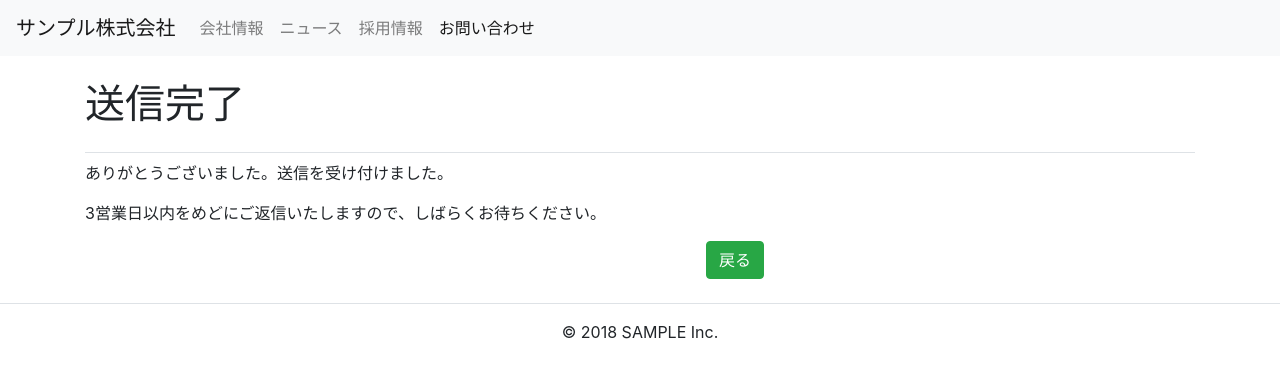
Repository: ichiro-fujii/kadai-commit
Page: lesson-htmlcss/complete.html
The author's editor kept a record of every edit. The page is drawn from the files as they stood at one moment, then again after the next edit.
The browser window is 1280 px wide. The pictures show the whole page.
Some web libraries are served in a nearby version.

Above is the page before.

### lesson-htmlcss/complete.html
<!DOCTYPE html>
<html lang="ja">
    <head>
        <!-- Required meta tags -->
        <meta charset="utf-8">
        <meta name="viewport" content="width=device-width, initial-scale=1, shrink-to-fit=no">

        <!-- Bootstrap CSS -->
        <link rel="stylesheet" href="https://stackpath.bootstrapcdn.com/bootstrap/4.2.1/css/bootstrap.min.css">

        <title>送信完了 | サンプル株式会社</title>
    </head>
    <body>
        <header>
        <nav class="navbar navbar-expand-md navbar-light bg-light">
            <!--ホームへ戻るリンク。ブランドロゴなどを置く。-->
            <a href="#" class="navbar-brand">サンプル株式会社</a>
            <!--横幅が狭い時に出るハンガーボタン-->
            <button type="button" class="navbar-toggler" data-toggle="collapse" data-target="#nav-bar">
                <span class="navbar-toggler-icon"></span>
            </button>
            <!--メニュー項目-->
            <div class="collapse navbar-collapse" id="nav-bar">
                <ul class="navbar-nav">
                    <li class="nav-item"><a href="#" class="nav-link">会社情報</a></li>
                    <li class="nav-item"><a href="#" class="nav-link">ニュース</a></li>
                    <li class="nav-item"><a href="#" class="nav-link">採用情報</a></li>
                    <li class="nav-item active"><a href="#" class="nav-link">お問い合わせ</a></li>
                </ul>
            </div>
        </nav>
        </header>
        <div class="container">
            <h1 class="mt-4 pb-4 border-bottom">送信完了</h1>
            <p>ありがとうございました。送信を受け付けました。</p>
            <p>3営業日以内をめどにご返信いたしますので、しばらくお待ちください。</p>
            <div class="text-center mb-4">
            <div class="form-group row">
                            <div class="offset-3 col-8">
                                <a href="contact.html" class="btn btn-success">戻る</a>

                            </div>
                        </div>
            </div>
        </div>
        <footer class="text-center pt-3 border-top">
            &copy; 2018 SAMPLE Inc.
        </footer>

        <!-- Optional JavaScript -->
        <!-- jQuery first, then Popper.js, then Bootstrap JS, then Font Awesome -->
        <script src="https://code.jquery.com/jquery-3.3.1.slim.min.js"></script>
        <script src="https://cdnjs.cloudflare.com/ajax/libs/popper.js/1.14.6/umd/popper.min.js"></script>
        <script src="https://stackpath.bootstrapcdn.com/bootstrap/4.2.1/js/bootstrap.min.js"></script>
        <script defer src="https://use.fontawesome.com/releases/v5.7.2/js/all.js"></script>
    </body>
</html>

After the next edit:
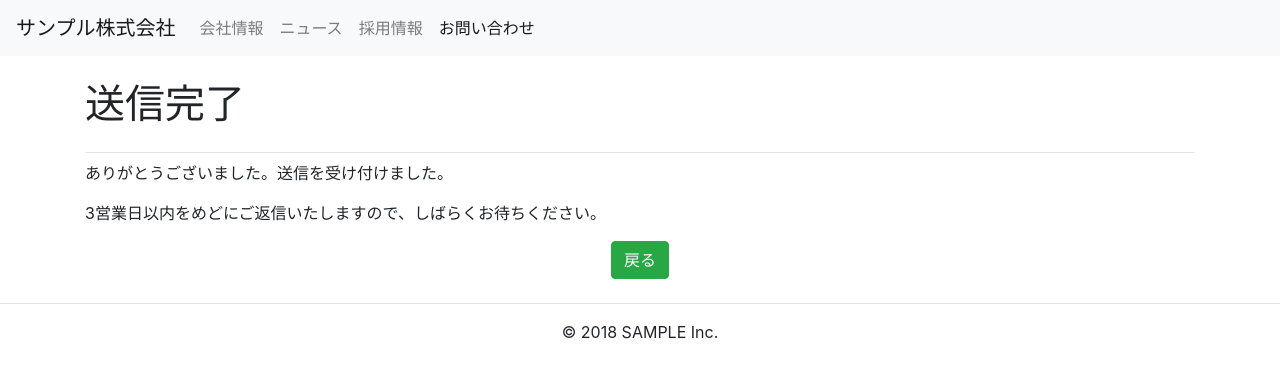
The edit:
--- a/lesson-htmlcss/complete.html
+++ b/lesson-htmlcss/complete.html
@@ -35,8 +35,7 @@
             <p>ありがとうございました。送信を受け付けました。</p>
             <p>3営業日以内をめどにご返信いたしますので、しばらくお待ちください。</p>
             <div class="text-center mb-4">
-            <div class="form-group row">
-                            <div class="offset-3 col-8">
+
                                 <a href="contact.html" class="btn btn-success">戻る</a>
 
                             </div>
